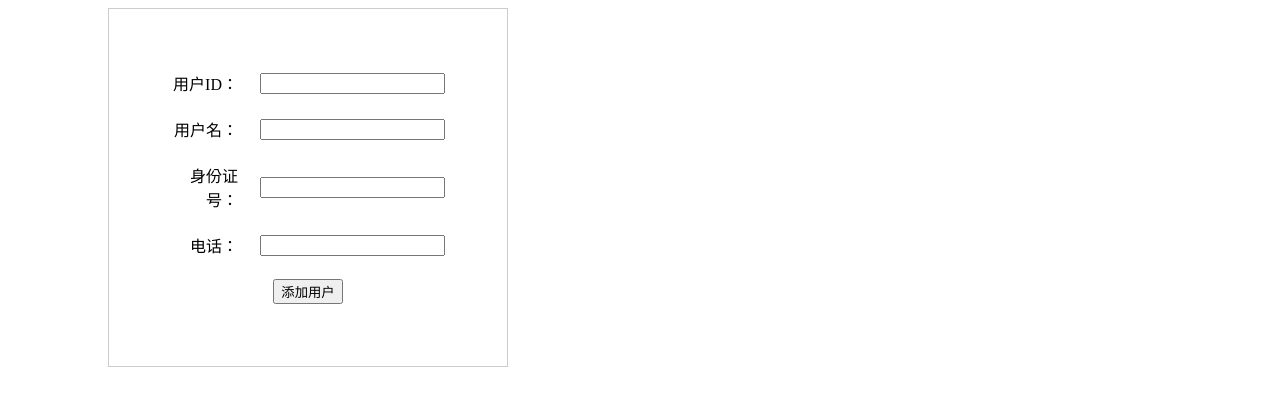
Repository: showmore/study
Page: http://localhost/MyWebProject/resubmit.jsp
The author's editor kept a copy of each file at every save. The page is drawn from the files as they stood at one save, then again after the next save.
The browser window is 1280 px wide. The pictures show the whole page.
The page is served by Tomcat 9.

Above is the page before, as saved 2018-12-26 15:05:49.

After the next save:
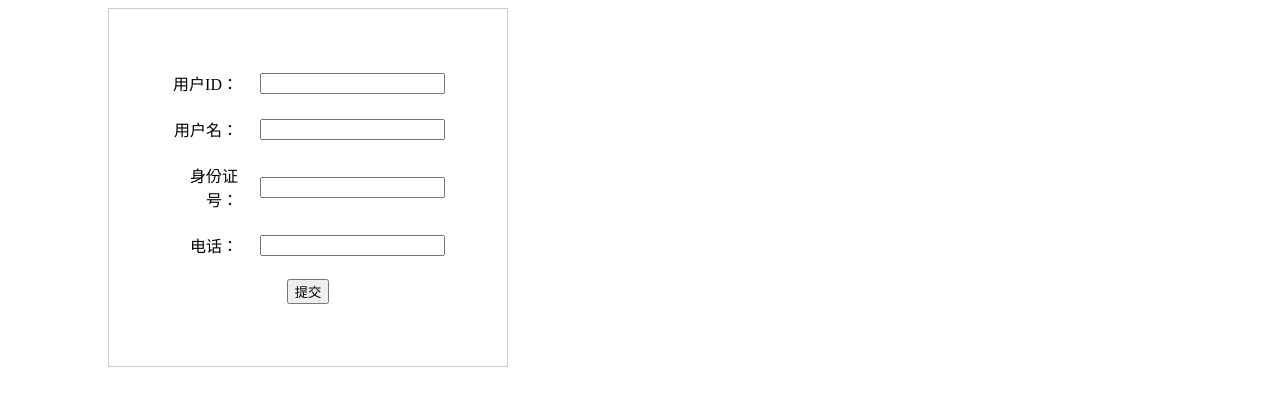
Saved 70 s later.
--- a/MyWebProject/WebContent/resubmit.jsp
+++ b/MyWebProject/WebContent/resubmit.jsp
@@ -43,7 +43,7 @@
 		</tr>
 		<tr>
 			<td colspan=2 style="text-align: center;"><input type="submit"
-				value="添加用户" />
+				value="提交" />
 		</tr>
 
 		</table>
